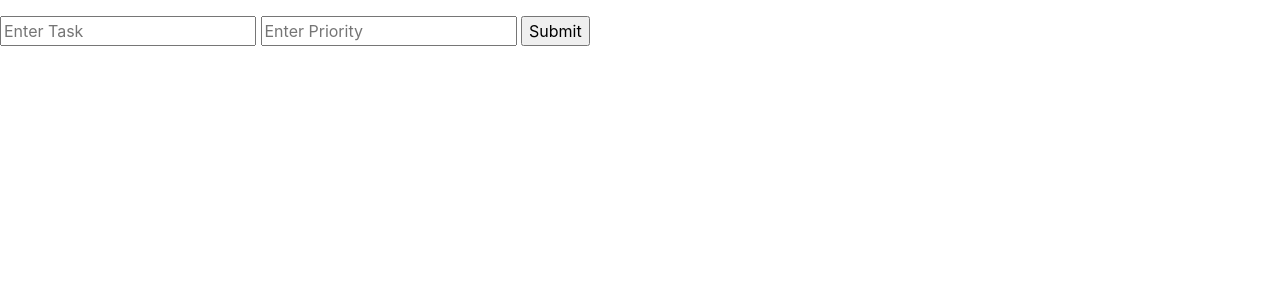
Repository: bitmap357/To-Do-App_Django
Page: http://localhost/add/
An editor plug-in stored every save of this project. The page is shown before and after a run of saves, followed by the edit.
The browser window is 1280 px wide. The pictures show the whole page.
The page is served by the project's application, run on Django 5.2 (mysite/manage.py). Other server files are loaded and not shown.

Above is the page before, as saved 2024-03-27 22:35:10.

### mysite/myapp/templates/myapp/add.html
{% extends 'myapp/base.html' %}
{% block body %}
<form method="post">
    {% csrf_token %}
    <div class="form-group">

    </div>
    <input type="text" name="name" id="name" placeholder="Enter Task">
    <input type="text" name="priority" id="priority" placeholder="Enter Priority">
    <input type="submit">
</form>
{% endblock %}

### mysite/myapp/templates/myapp/base.html
<!DOCTYPE html>
<html lang="en">
<head>
    <link rel="stylesheet" href="https://cdn.jsdelivr.net/npm/bootstrap@4.0.0/dist/css/bootstrap.min.css" integrity="sha384-Gn5384xqQ1aoWXA+058RXPxPg6fy4IWvTNh0E263XmFcJlSAwiGgFAW/dAiS6JXm" crossorigin="anonymous">
    <title>Document</title>
</head>
<body>
    {% block body %}

    {% endblock %}
</body>
</html>

### mysite/myapp/views.py
from django.shortcuts import render
from .models import Task

# Create your views here.
def add(request):
    if request.method == "POST":
        name = request.POST.get('name', '')
        priority = request.POST.get('priority', '')

        task = Task(name=name, priority=priority)
        task.save()

    return render(request, 'myapp/add.html')

### mysite/mysite/urls.py
"""
URL configuration for mysite project.

The `urlpatterns` list routes URLs to views. For more information please see:
    https://docs.djangoproject.com/en/5.0/topics/http/urls/
Examples:
Function views
    1. Add an import:  from my_app import views
    2. Add a URL to urlpatterns:  path('', views.home, name='home')
Class-based views
    1. Add an import:  from other_app.views import Home
    2. Add a URL to urlpatterns:  path('', Home.as_view(), name='home')
Including another URLconf
    1. Import the include() function: from django.urls import include, path
    2. Add a URL to urlpatterns:  path('blog/', include('blog.urls'))
"""
from django.contrib import admin
from django.urls import path
from myapp import views

urlpatterns = [
    path("admin/", admin.site.urls),
    path("add/", views.add, name='add'),
]

After the next 3 saves:
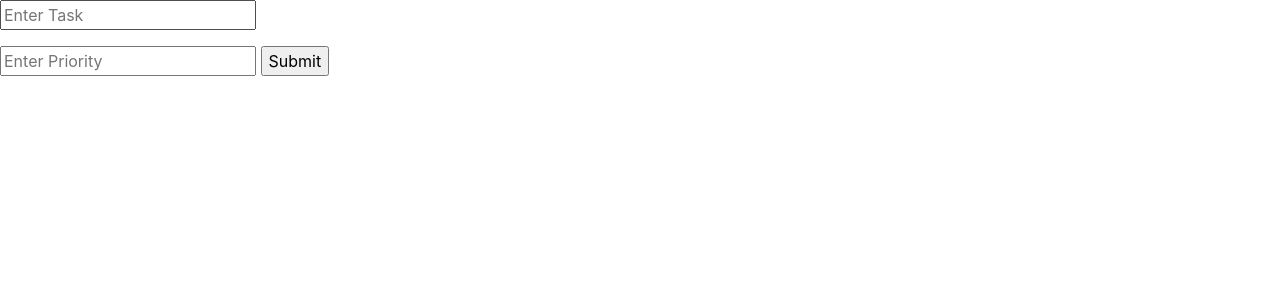
The 3 saves are shown as one change because they came seconds apart.
The last was saved 9 s later.
--- a/mysite/myapp/templates/myapp/add.html
+++ b/mysite/myapp/templates/myapp/add.html
@@ -3,9 +3,8 @@
 <form method="post">
     {% csrf_token %}
     <div class="form-group">
-
+        <input type="text" name="name" id="name" placeholder="Enter Task">
     </div>
-    <input type="text" name="name" id="name" placeholder="Enter Task">
     <input type="text" name="priority" id="priority" placeholder="Enter Priority">
     <input type="submit">
 </form>
